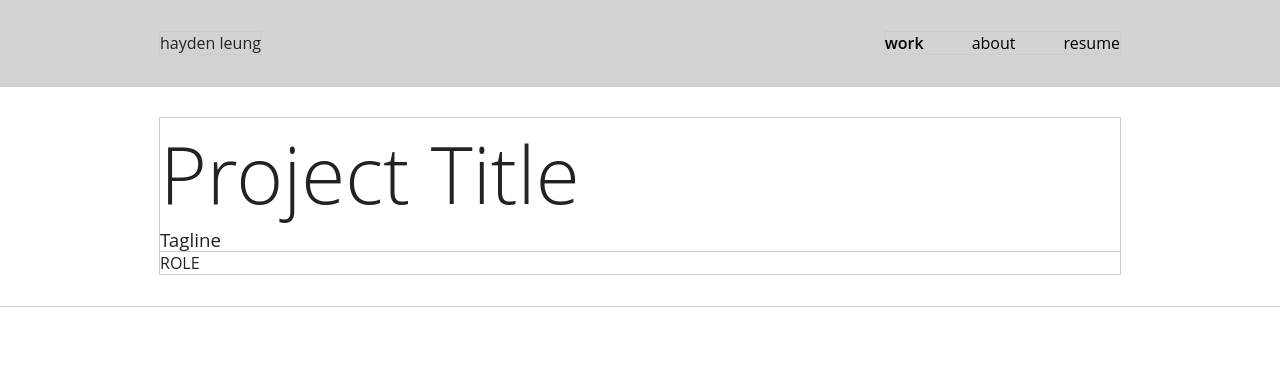
Repository: Haydenleung/Artifact
Page: /
These files come from the project's save history. The page is drawn as it stood at one moment and after the next save; the edit follows.
The browser window is 1280 px wide. The pictures show the whole page.
The project was rebuilt for these pictures with package versions that can differ from the ones it lists, and the page was loaded fresh each time. The framework's server and built-in components were replaced by stand-ins that run in the browser. Also part of the build but not shown: next.config.mjs.

Above is the page before, as saved 2024-01-28 23:50:37.

After the next save:
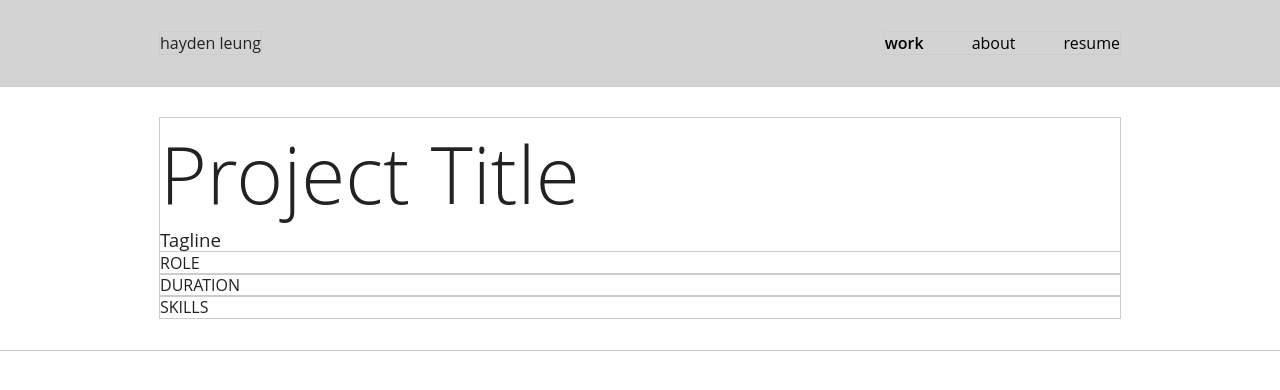
Saved 15 s later.
--- a/src/components/CaseStudy/index.tsx
+++ b/src/components/CaseStudy/index.tsx
@@ -4,7 +4,9 @@ export default function CaseStudy() {
             <h1 className={"projetTitle"}>Project Title</h1>
             <h3 className={"projectTagline"}>Tagline</h3>
             <div className={"projectInfo"}>
-                <div>ROLE                                  </div>
+                <div>ROLE</div>
+                <div>DURATION</div>
+                <div>SKILLS</div>
             </div>
         </div>
     )
